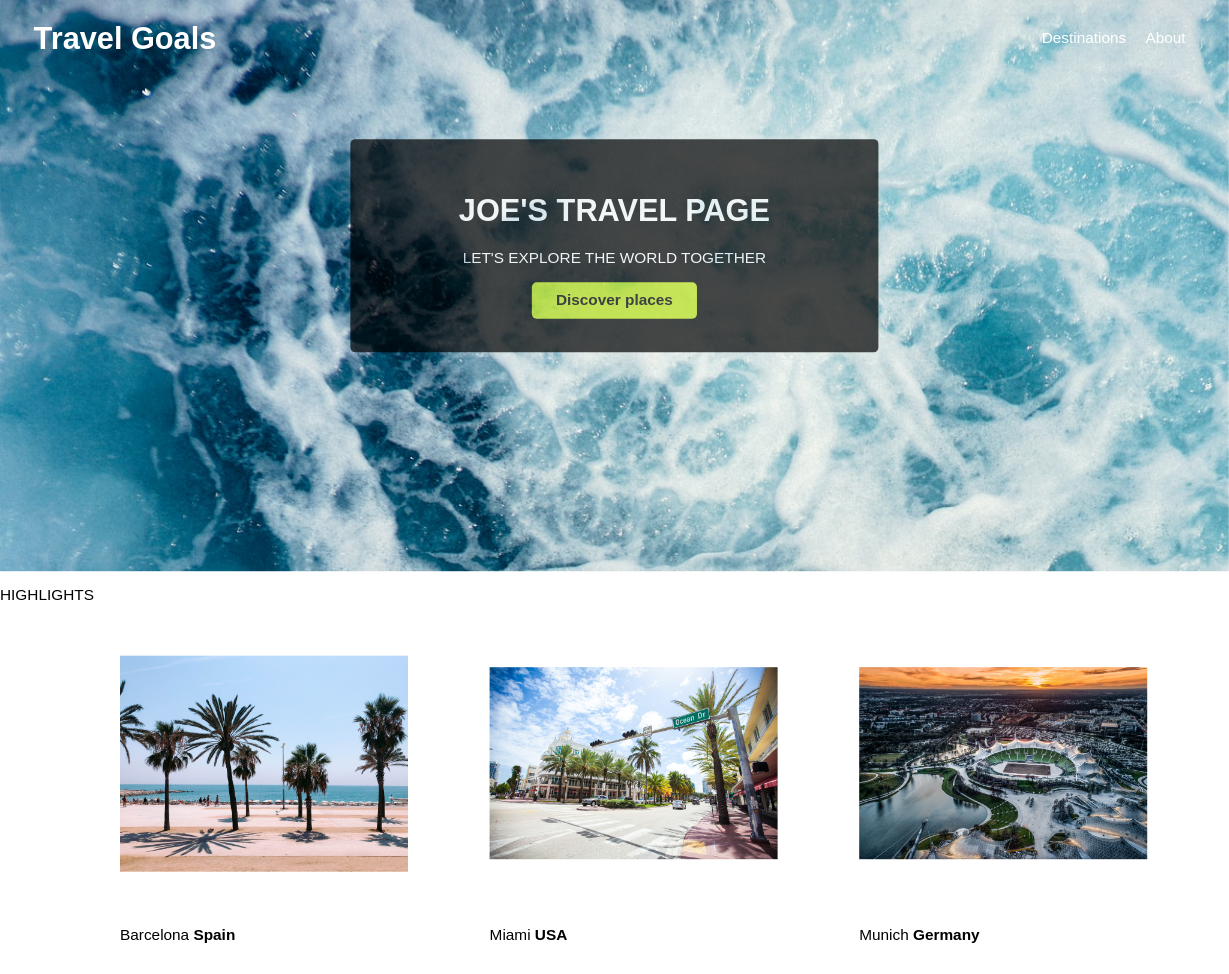
Repository: Harjot00/Wevdev
Page: Travel/index.html
An editor plug-in stored every save of this project. The page is shown before and after the next save, followed by the edit.
The browser window is 1280 px wide. The pictures show the whole page, at 96% of full size.

Above is the page before, as saved 2022-05-08 01:14:49.

After the next save:
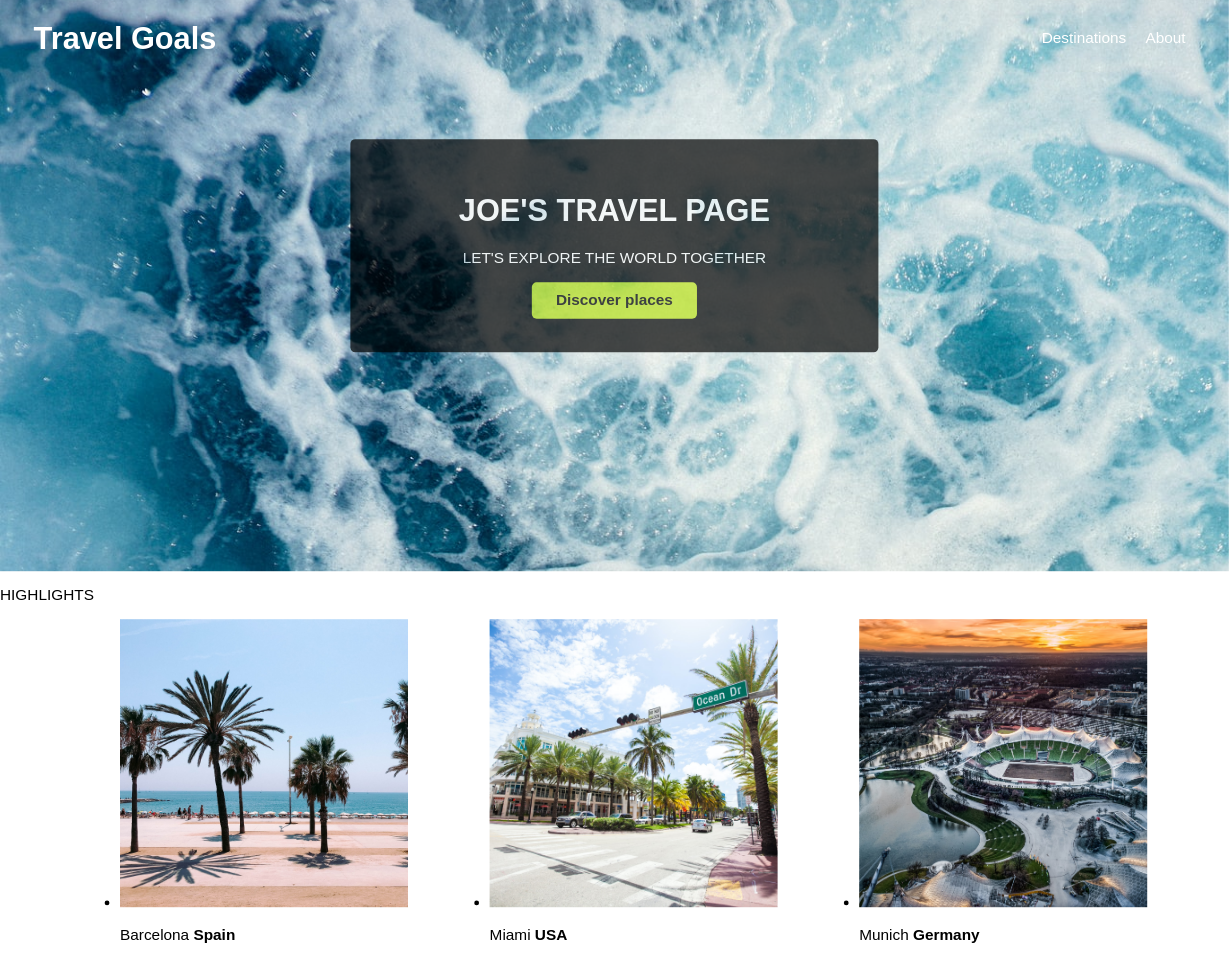
Saved 68 s later.
--- a/Travel/style.css
+++ b/Travel/style.css
@@ -61,9 +61,7 @@ div > a{
     border-radius:5px;
 
 }
-section ul li{
-    list-style: none;
-}
+
 
 section ul{
 
@@ -78,5 +76,5 @@ section ul{
 ul li img{
     height:300px;
     width:300px;
-    object-fit: contain;
+    object-fit: cover;
 }
